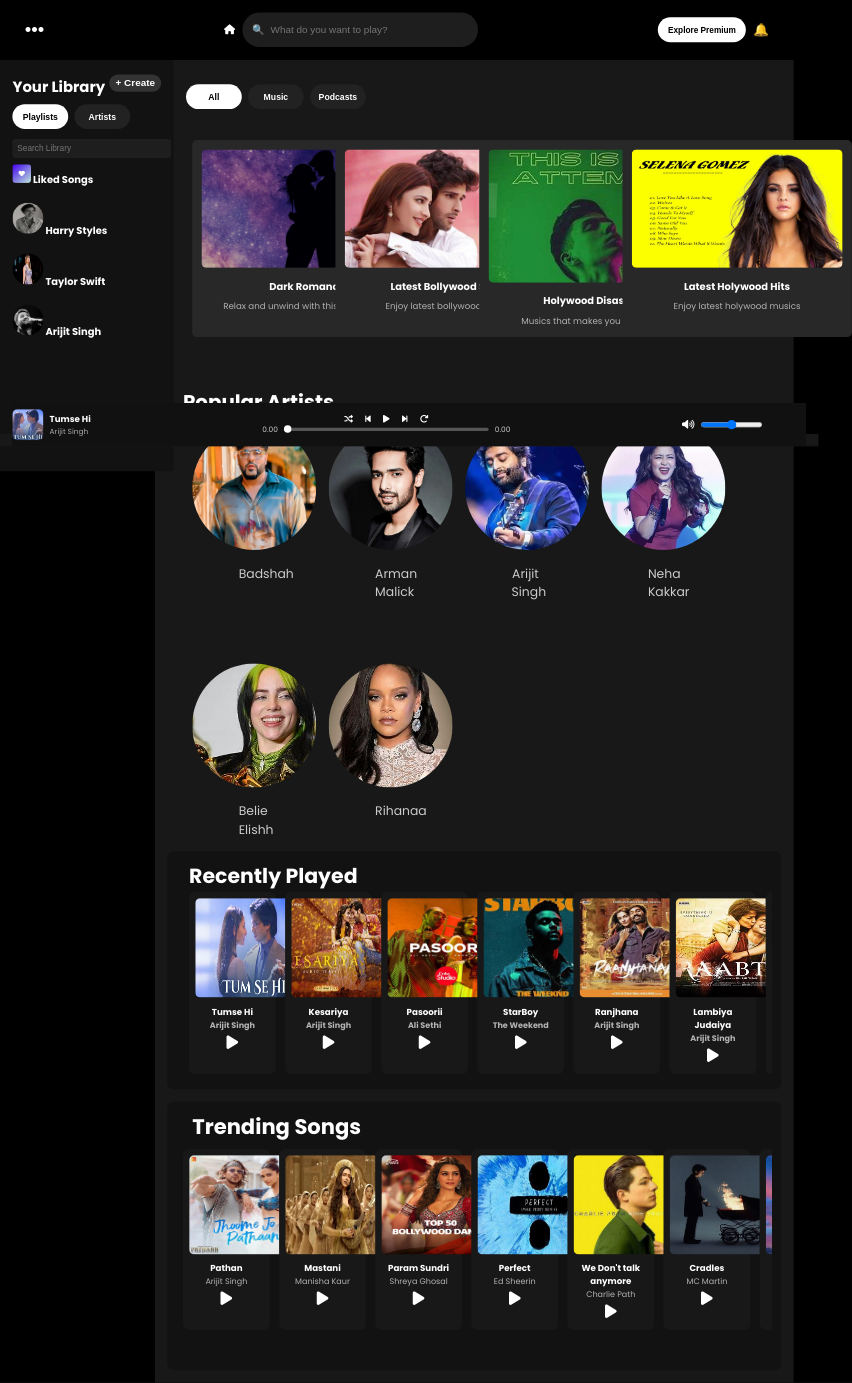
Repository: IshikaSinghRajput/Spotify_Clone
Page: index.html
The author's editor kept a copy of each file at every save. The page is drawn from the files as they stood at one save, then again after the next save.
The browser window is 1280 px wide. The page is 1374 px wide, so the pictures cover 1374 px, including what lies to the right of the window. The pictures show the whole page, at 62% of full size.

Above is the page before, as saved 2025-04-26 15:44:40.

After the next save:
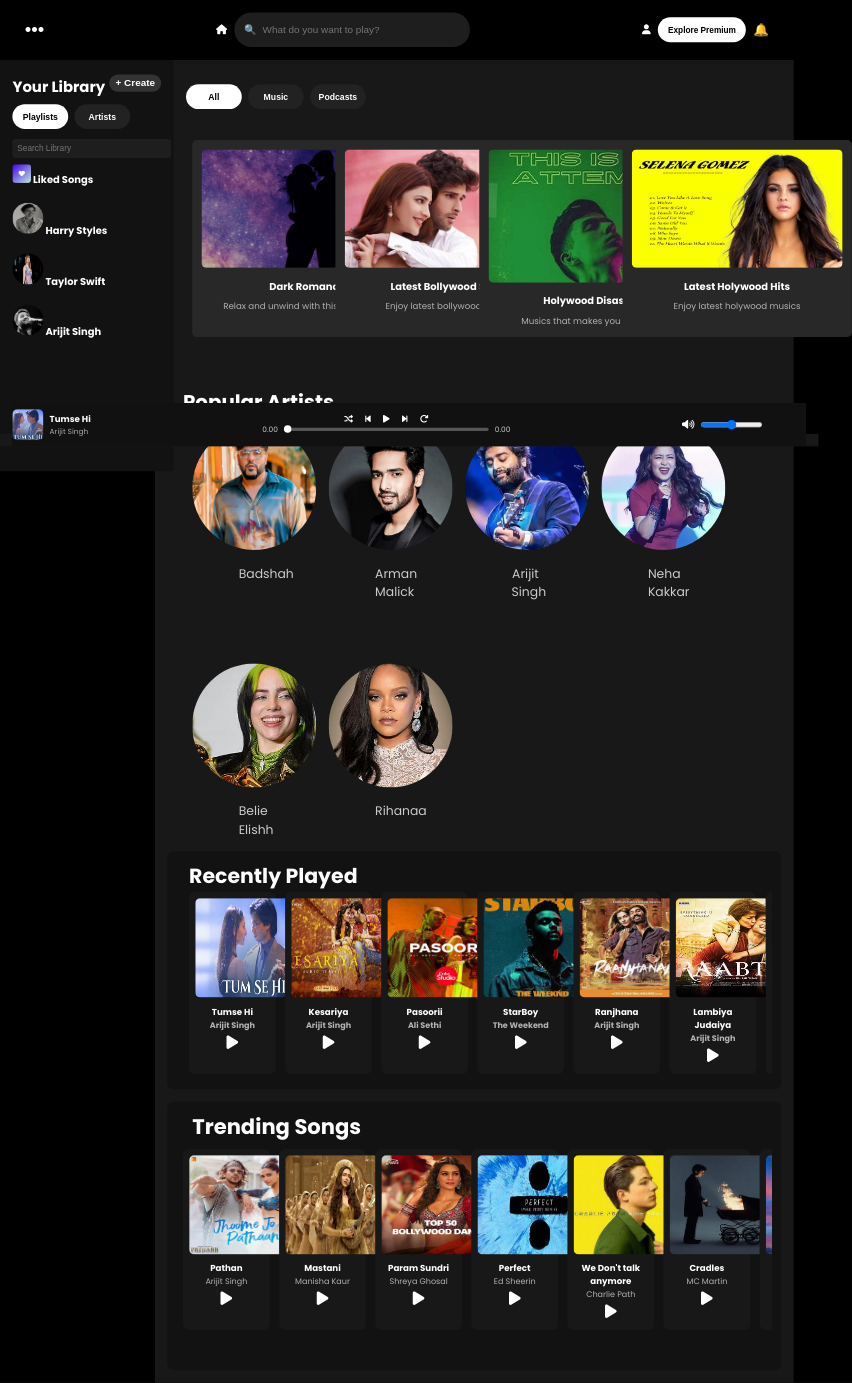
Saved 27 s later.
--- a/index.html
+++ b/index.html
@@ -77,6 +77,7 @@
         </div>
 
         <div class="right-controls">
+            <i class="fa-solid fa-user"></i>
             <button class="premium-btn">Explore Premium</button>
             <span class="icon-button bell">🔔</span>
         </div>
